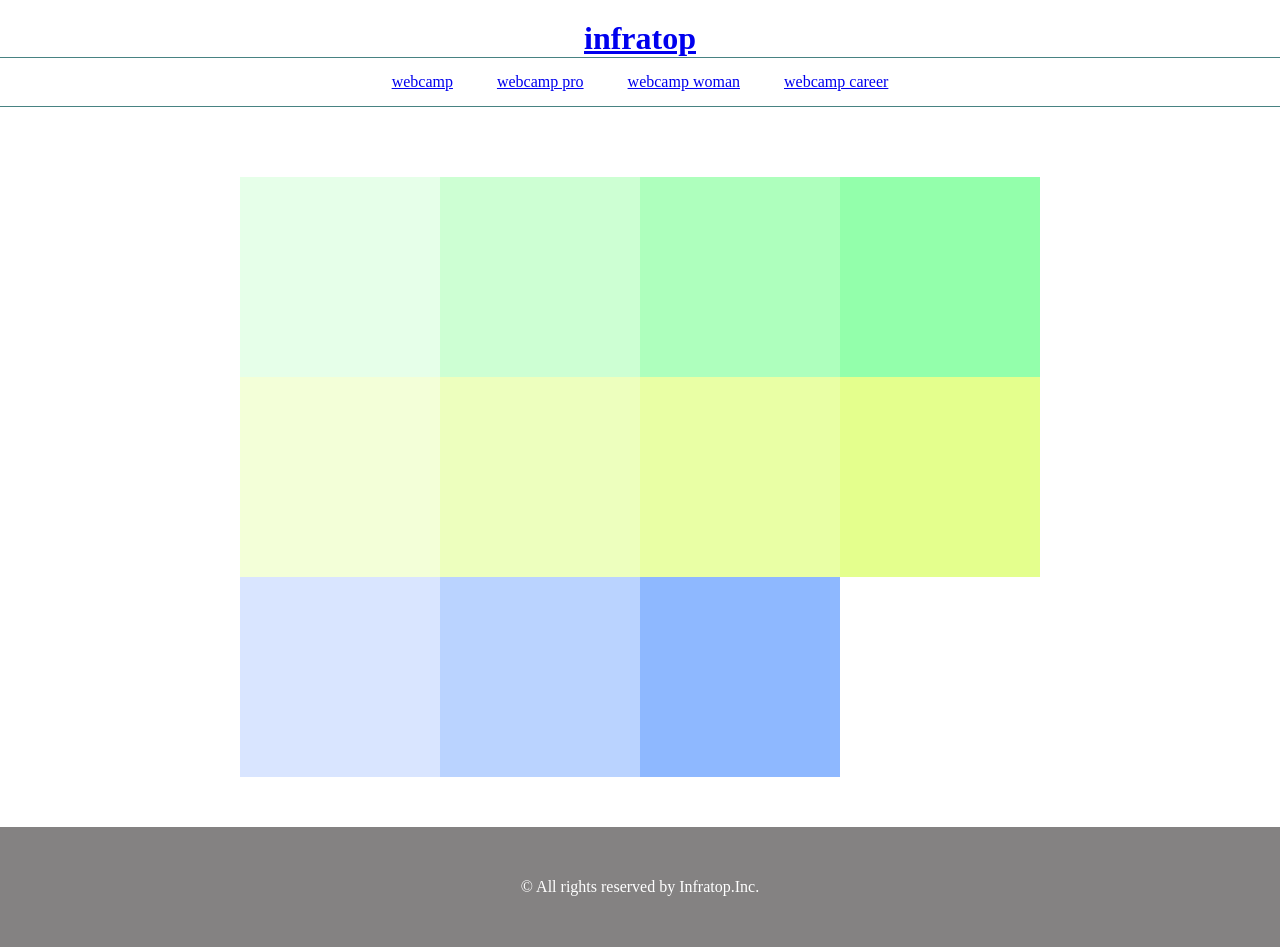
Repository: papisi-zu/book1
Page: exercises5/exercises5.html
The author's editor kept a record of every edit. The page is drawn from the files as they stood at one moment, then again after the next edit.
The browser window is 1280 px wide. The pictures show the whole page.

Above is the page before.

### exercises5/exercises5.html
<!DOCTYPE HTML>
<html lang="ja">
  <head>
    <meta charset="UTF-8" />
    <link rel="stylesheet" href="exercises5.css">
    <title>exercises5</title>
  </head>

  <body>
    <header>
      <h1 class="hesding">
        <a href="https://infratop.jp/">infratop</a>
      </h1>
      <nav>
        <ul class="nav-list">
          <li class="nav-list-item">
            <a href="https://web-camp.io/">webcamp</a>
          </li>
          <li class="nav-list-item">
            <a href="https://web-camp.io/">webcamp pro</a>
          </li>
          <li class="nav-list-item">
            <a href="https://web-camp.io/">webcamp woman</a>
          </li>
          <li class="nav-list-item">
            <a href="https://web-camp.io/">webcamp career</a>
          </li>
        </ul>
      </nav>
    </header>
    <div class="main">
      <div class="box1"></div>
      <div class="box2"></div>
      <div class="box3"></div>
      <div class="box4"></div>
      <div class="box5"></div>
      <div class="box6"></div>
      <div class="box7"></div>
      <div class="box8"></div>
      <div class="box9"></div>
      <div class="box10"></div>
      <div class="box11"></div>
      <div class="box12"></div>
    </div>
    <footer>
      <p class="footer-text">© All rights reserved by Infratop.Inc.</p>
    </footer>
  </body>
</html>

### exercises5/exercises5.css
* {
  margin: 0;
  padding: 0;
  box-sizing: border-box;
}

header {
  width: 100%;
  padding: 20px 0;
  margin: 0 auto;
  text-align: center;
}

.nav-list {
  text-align: center;
  padding: 15px 0;
  margin: 0 auto;
  border-top: 1px solid #488282;
  border-bottom: 1px solid #488282;
}

.nav-list-item {
  list-style: none;
  display: inline-block;
  margin: 0 20px;
}

.main {
  width:800px;
  display: flex;
  flex-wrap: wrap;
  margin: 50px auto;
}

.box1 {
  width:200px;
  height:200px;
  background-color: #e6ffe9;
}

.box2 {
  width: 200px;
  height: 200px;
  background-color: #cdffd3;
}

.box3 {
  width: 200px;
  height: 200px;
  background-color: #aeffbd;
}

.box4 {
  width: 200px;
  height: 200px;
  background-color: #93ffab;
}

.box5 {
  width: 200px;
  height: 200px;
  background-color: #f3ffd8;
}

.box6 {
  width: 200px;
  height: 200px;
  background-color: #edffbe;
}

.box7 {
  width: 200px;
  height: 200px;
  background-color: #e9ffa5;
}

.box8 {
  width: 200px;
  height: 200px;
  background-color: #e4ff8d;
}

.box9 {
  width: 200px;
  height: 200px;
  background-color: #d9e5ff;
}

.box10 {
  width: 200px;
  height: 200px;
  background-color: #bad3ff;
}

.bpx11 {
  width: 200px;
  height: 200px;
  background-color: #a4c4ff;
}

.box12 {
  width: 200px;
  height: 200px;
  background-color: #8eb8ff;
}

footer {
  width: 100%;
  height: 120px;
  text-align: center;
  line-height: 120px;
  background-color: #848282;
}

.footer-text {
  color: #fff;
}

After the next edit:
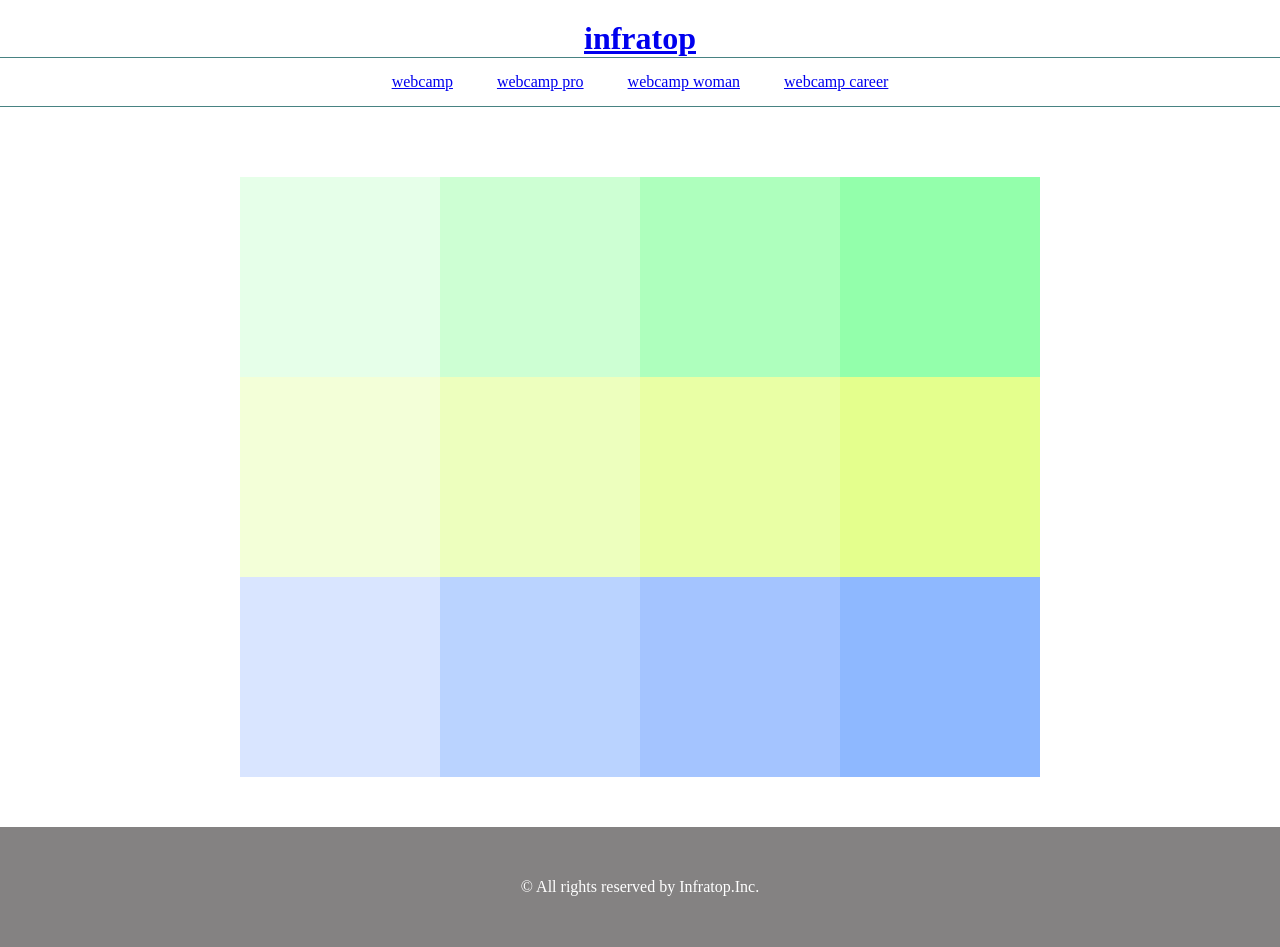
The edit:
--- a/exercises5/exercises5.css
+++ b/exercises5/exercises5.css
@@ -92,7 +92,7 @@
   background-color: #bad3ff;
 }
 
-.bpx11 {
+.box11 {
   width: 200px;
   height: 200px;
   background-color: #a4c4ff;
